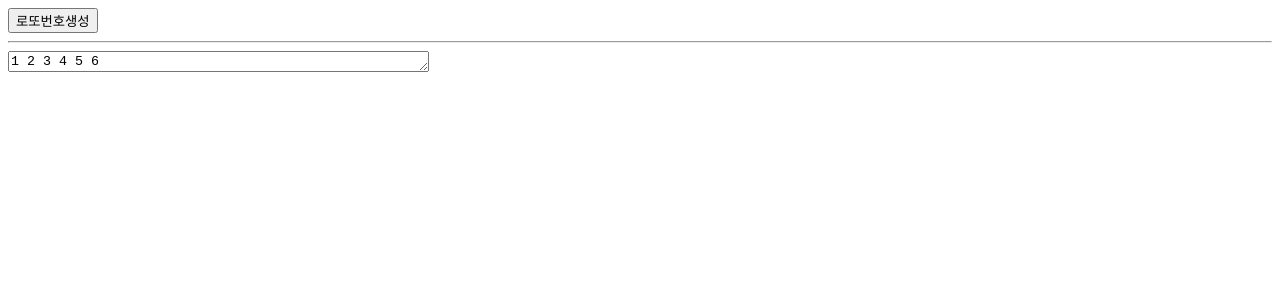
Repository: Yejin-source/st-work
Page: join/src/main/webapp/lotto.html
The author's editor kept a copy of each file at every save. The page is drawn from the files as they stood at one save, then again after the next save.
The browser window is 1280 px wide. The pictures show the whole page.
Empty fields were first filled with sample values (such as "Sample", 5 or name@example.com).
After loading, the first visible `button` was clicked once.

Above is the page before, as saved 2025-04-30 07:16:39.

### join/src/main/webapp/lotto.html
<!DOCTYPE html>
<html>
<head>
<meta charset="UTF-8">
<title>Insert title here</title>
</head>
<body>
	<button type="button" onclick="lotto()">로또번호생성</button>
	<hr>
	<textarea rows="1" cols="50" id="lottoNumber"></textarea>
	<script>
		let lotto = function() { // let: 변수 선언 | function: 함수 선언
			let balls = new Array(45);
			for(let i=0; i < balls.length; i++) {
				balls[i] = i+1; // 1 ~ 45
			}
			console.log(balls); // 초기화 1 ~ 45

			// shuffle
			// TODO balls shuffle... Math.random()...

			for(let i = balls.length - 1; i > 0; i--) {
				let j = Math.floor(Math.random() * (i + 1));
			}

			console.log(balls); // 섞기 후 ? ~ ?


			let result = balls.slice(0, 6); // index 0값 ~ index 5값
			let output = '';
			for(let i=0; i<result.length; i++) {
				output = output + result[i] + ' ';
			}

			document.querySelector('#lottoNumber').value = output;
		}
	</script>
</body>
</html>

After the next save:
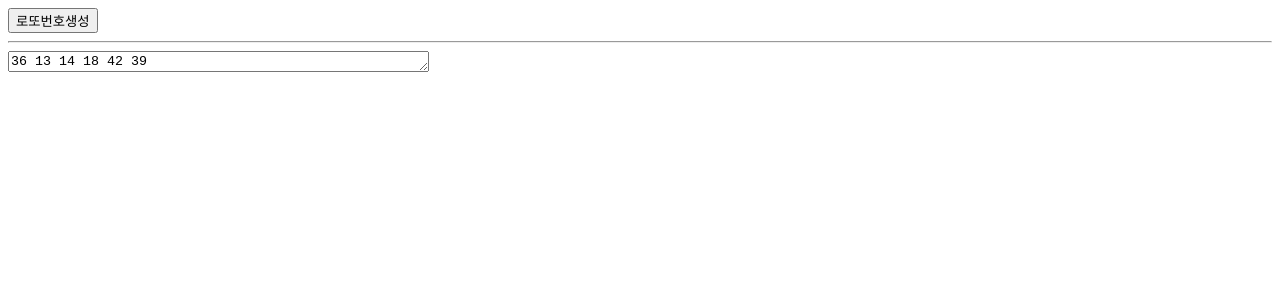
Saved 3 min 31 s later.
--- a/join/src/main/webapp/lotto.html
+++ b/join/src/main/webapp/lotto.html
@@ -21,6 +21,10 @@
 
 			for(let i = balls.length - 1; i > 0; i--) {
 				let j = Math.floor(Math.random() * (i + 1));
+
+				let temp = balls[i];
+				balls[i] = balls[j];
+				balls[j] = temp;
 			}
 
 			console.log(balls); // 섞기 후 ? ~ ?
